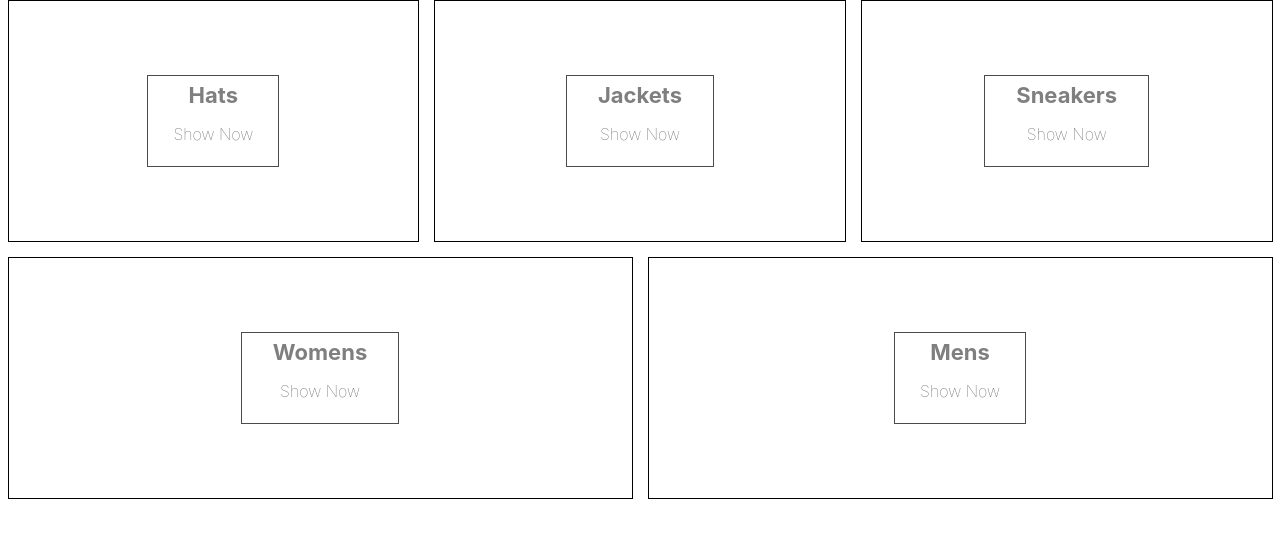
Repository: sabrina-bongiovanni/prova
Page: / (app in crwn-clothing/)
These files come from the project's save history. The page is drawn as it stood at one moment and after the next save; the edit follows.
The browser window is 1280 px wide. The pictures show the whole page.
The project was rebuilt for these pictures with package versions that can differ from the ones it lists, and the page was loaded fresh each time.

Above is the page before, as saved 2022-10-11 14:21:20.

### crwn-clothing/src/App.js
import './categories.style.scss';
const App = () => {
  const categories = [
    {
      id: 1,
      title: 'Hats',
    },
    {
      id: 2,
      title: 'Jackets',
    },
    {
      id: 3,
      title: 'Sneakers',
    },
    {
      id: 4,
      title: 'Womens',
    },
    {
      id: 5,
      title: 'Mens',
    },
  ];

  return (
    <div className="categories-container">
      {categories.map(({ title }) => (
        <div className="category-container">
          <div className="background-image" />
          <div className="category-body-container">
            <h2>{title}</h2>
            <p>Show Now</p>
          </div>
        </div>
      ))}
    </div>
  );
};

export default App;

### crwn-clothing/src/categories.style.scss
.categories-container {
  width: 100%;
  display: flex;
  flex-wrap: wrap;
  justify-content: space-between;
}

.category-container {
  min-width: 30%;
  height: 240px;
  flex: 1 1 auto;
  display: flex;
  align-items: center;
  justify-content: center;
  border: 1px solid black;
  margin: 0 7.5px 15px;
  overflow: hidden;

  &:hover {
    cursor: pointer;

    & .background-image {
      transform: scale(1.1);
      transition: transform 6s cubic-bezier(0.25, 0.45, 0.45, 0.95);
    }

    & .category-body-container {
      opacity: 0.9;
    }
  }

  &.large {
    height: 380px;
  }

  &:first-child {
    margin-right: 7.5px;
  }

  &:last-child {
    margin-left: 7.5px;
  }

  .background-image {
    width: 100%;
    height: 100%;
    background-size: cover;
    background-position: center;
  }

  .category-body-container {
    height: 90px;
    padding: 0 25px;
    display: flex;
    flex-direction: column;
    align-items: center;
    justify-content: center;
    border: 1px solid black;
    background-color: white;
    opacity: 0.7;
    position: absolute;

    h2 {
      font-weight: bold;
      margin: 0 6px 0;
      font-size: 22px;
      color: #4a4a4a;
    }

    p {
      font-weight: lighter;
      font-size: 16px;
    }
  }
}

Loaded but not shown: crwn-clothing/public/index.html (common file); crwn-clothing/src/index.js (common file); crwn-clothing/src/index.css (common file); crwn-clothing/src/reportWebVitals.js (common file)

After the next save:
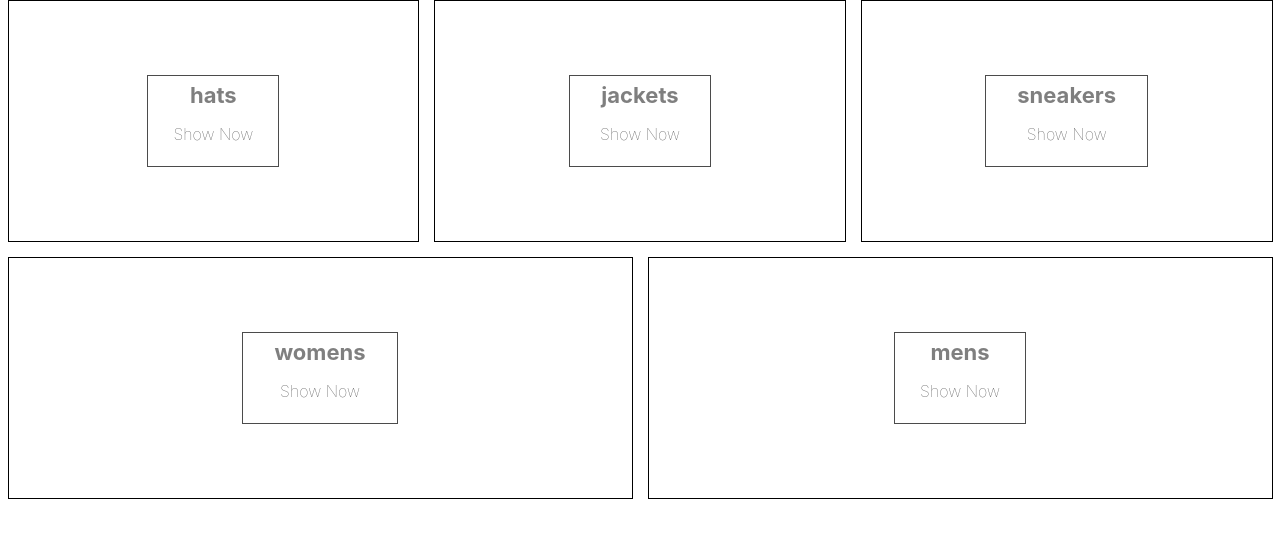
Saved 2 min 6 s later.
--- a/crwn-clothing/src/App.js
+++ b/crwn-clothing/src/App.js
@@ -3,23 +3,28 @@ const App = () => {
   const categories = [
     {
       id: 1,
-      title: 'Hats',
+      title: 'hats',
+      imageUrl: 'https://i.ibb.co/cvpntL1/hats.png',
     },
     {
       id: 2,
-      title: 'Jackets',
+      title: 'jackets',
+      imageUrl: 'https://i.ibb.co/px2tCc3/jackets.png',
     },
     {
       id: 3,
-      title: 'Sneakers',
+      title: 'sneakers',
+      imageUrl: 'https://i.ibb.co/0jqHpnp/sneakers.png',
     },
     {
       id: 4,
-      title: 'Womens',
+      title: 'womens',
+      imageUrl: 'https://i.ibb.co/GCCdy8t/womens.png',
     },
     {
       id: 5,
-      title: 'Mens',
+      title: 'mens',
+      imageUrl: 'https://i.ibb.co/R70vBrQ/men.png',
     },
   ];
 
